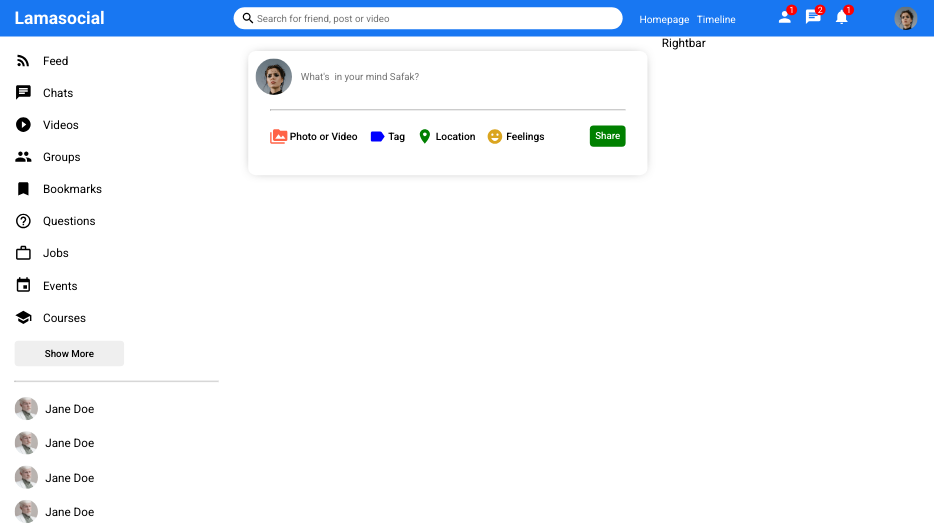
Repository: nazlinres01/react-social
Page: / (app in client/)
An editor plug-in stored every save of this project. The page is shown before and after the next save, followed by the edit.
The browser window is 1280 px wide. The pictures show the whole page, at 73% of full size.
The project was rebuilt for these pictures with package versions that can differ from the ones it lists, and the page was loaded fresh each time. Also part of the build but not shown: client/src/components/post/post.css.

Above is the page before, as saved 2024-06-12 15:07:12.

After the next save:
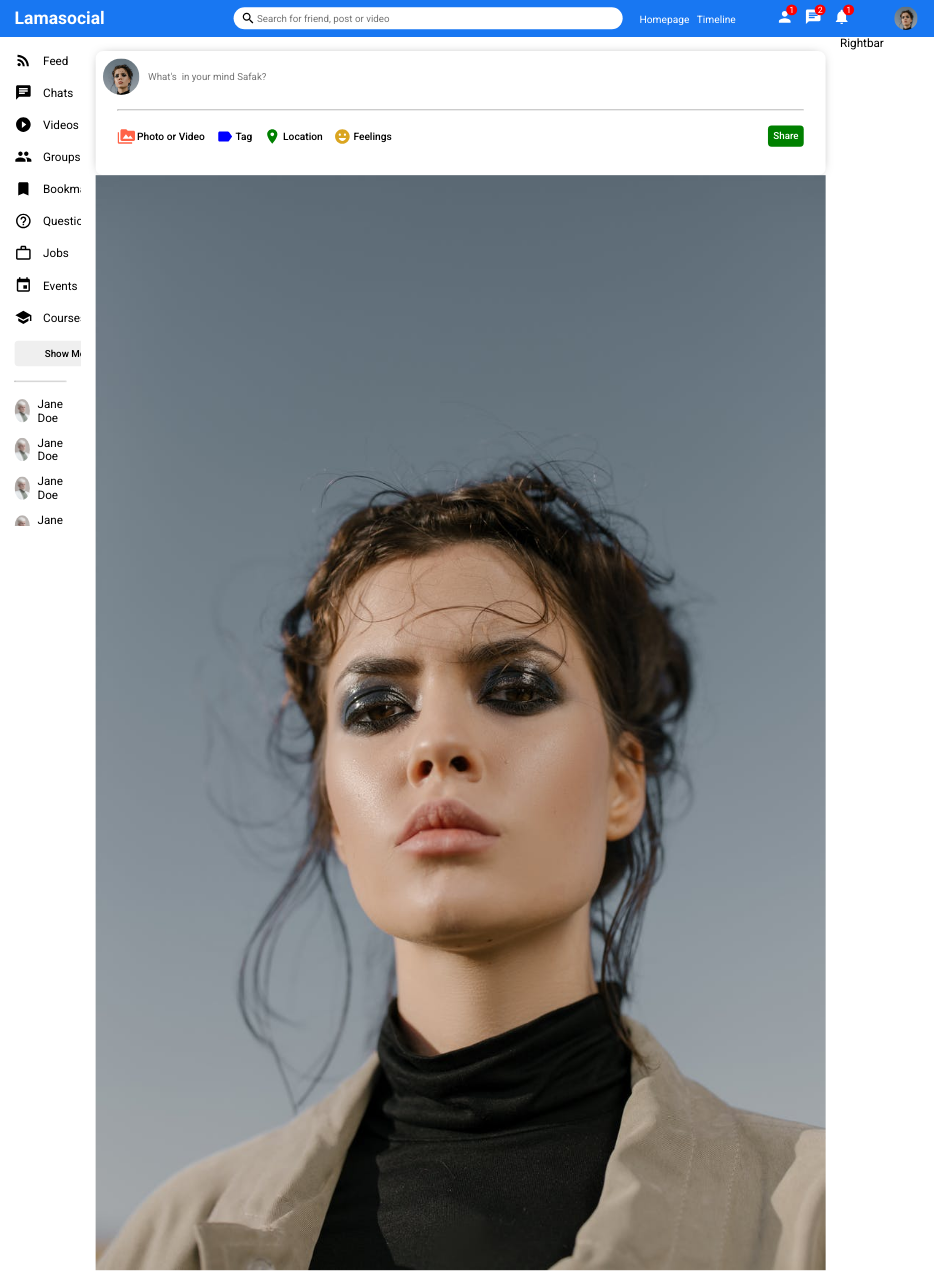
Saved 80 s later.
--- a/client/src/components/post/Post.jsx
+++ b/client/src/components/post/Post.jsx
@@ -5,7 +5,9 @@ export default function Post() {
         <div className="post">
             <div className="postWrapper">
                 <div className="postTop">
-                    <div className="postTopLeft"></div>
+                    <div className="postTopLeft">
+                        <img src="/assets/person/1.jpeg" alt="" className="postProfileImg" />
+                    </div>
                     <div className="postTopRight"></div>
 
                 </div>
